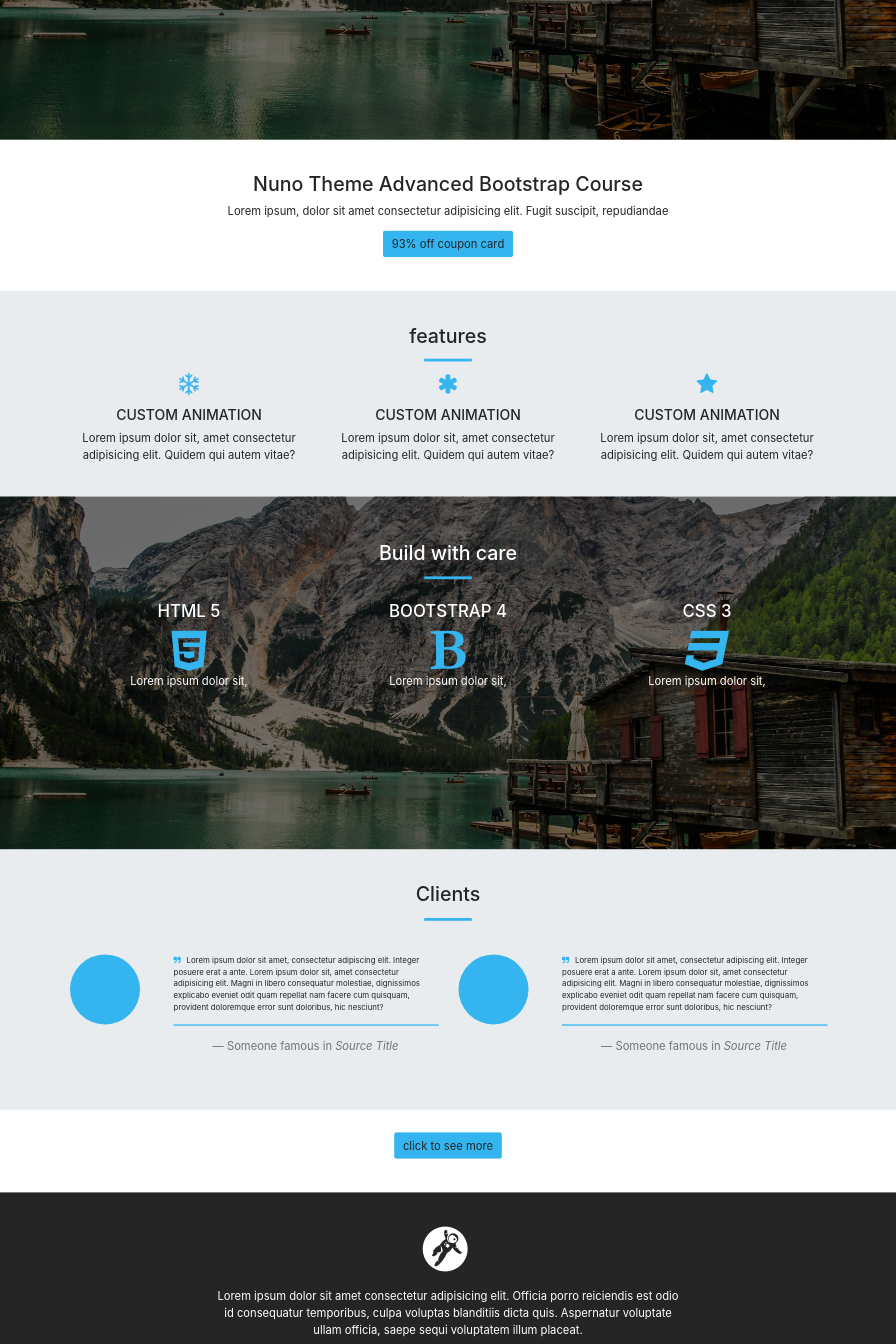
Repository: Mietlicha/bootstrap_template_exercise
Page: index.html
These files come from the project's save history. The page is drawn as it stood at one moment and after the next save; the edit follows.
The browser window is 1280 px wide. The pictures show the part of the page from y = 449 to 2369 px (the page is 2593 px tall), at 70% of full size.
Backgrounds fixed to the window are drawn as part of the page.

Above is the page before, as saved 2019-11-20 17:22:58.

### index.html
<!DOCTYPE html>
<html lang="en">

<head>
    <meta charset="UTF-8">
    <meta name="viewport" content="width=device-width, initial-scale=1.0">
    <meta http-equiv="X-UA-Compatible" content="ie=edge">
    <title>Bootstrap template</title>
    <link rel="stylesheet" href="https://stackpath.bootstrapcdn.com/bootstrap/4.3.1/css/bootstrap.min.css"
        integrity="sha384-ggOyR0iXCbMQv3Xipma34MD+dH/1fQ784/j6cY/iJTQUOhcWr7x9JvoRxT2MZw1T" crossorigin="anonymous">
    <link rel="stylesheet" href="style.css">
    <link rel="stylesheet" href="https://cdnjs.cloudflare.com/ajax/libs/font-awesome/4.7.0/css/font-awesome.min.css">
</head>

<body data-spy="scroll" data-target="#main-nav">
    <!--------------------nav/home-------------------------------------------------------------------->
    <nav id="main-nav" class="navbar navbar-expand-md navbar-dark bg-dark font-weight-bold fixed-top">
        <a class="navbar-brand" href="#"><i class="fa fa-grav mr-2" aria-hidden="true"></i>Nuno</a>
        <button class="navbar-toggler" type="button" data-toggle="collapse" data-target="#navbarSupportedContent"
            aria-controls="navbarSupportedContent" aria-expanded="false" aria-label="Toggle navigation">
            <span class="navbar-toggler-icon"></span>
        </button>

        <div class="collapse navbar-collapse" id="navbarSupportedContent">
            <ul class="navbar-nav ml-auto">
                <li class="nav-item">
                    <a class="nav-link" href="#home">Home</a>
                </li>
                <li class="nav-item">
                    <a class="nav-link" href="#course">Course</a>
                </li>
                <li class="nav-item">
                    <a class="nav-link" href="#feature">Features</a>
                </li>
                <li class="nav-item">
                    <a class="nav-link" href="#resources">Resorses</a>
                </li>
                <li class="nav-item">
                    <a class="nav-link" href="#client">Client</a>
                </li>
                <li class="nav-item">
                    <a class="nav-link" href="#contact">Contact</a>
                </li>
        </div>
    </nav>
<!--------------------main----------------------------------------------------------------->
<main>
    <!--------------------home-------------------->
    <section id="home">
        <div class="home--caption">
            <h1>Welcome to Nuno</h1>
            <h3>Udemy bootstrap course</h3>
        </div>
    </section>

    <!--------------------corse-------------------->
    <section id="course" class="container text-center mt-5 mb-5">
        <header><h3>Nuno Theme Advanced Bootstrap Course</h3></header>
        <p>Lorem ipsum, dolor sit amet consectetur adipisicing elit. Fugit suscipit, repudiandae
        </p>
        <a href="#" class="btn btn-md" target="_blnk">93% off coupon card</a>
    </section>
    <!--------------------feature-------------------->
    <section id="feature">
        <div class="jumbotron jumbotron-fluid text-center pt-5">
            <header><h3>features</h3></header>
            <hr>
            <div class="container d-md-flex">
                <div class="feature-item col-md-4">
                    <i class="fa fa-snowflake-o" aria-hidden="true"></i>
                    <h5 class="pt-3">custom animation</h5>
                    <p>Lorem ipsum dolor sit, amet consectetur adipisicing elit. Quidem qui autem vitae?</p>
                </div>
                <div class="feature-item col-md-4">
                        <i class="fa fa-asterisk" aria-hidden="true"></i>
                        <h5 class="pt-3">custom animation</h5>
                        <p>Lorem ipsum dolor sit, amet consectetur adipisicing elit. Quidem qui autem vitae?</p>
                </div>
                <div class="feature-item col-md-4">
                        <i class="fa fa-star" aria-hidden="true"></i>
                        <h5 class="pt-3">custom animation</h5>
                        <p>Lorem ipsum dolor sit, amet consectetur adipisicing elit. Quidem qui autem vitae?</p>
                </div>
            </div>
        </div>
    </section>
    <!--------------------Resourses-------------------->
    <section id="resources">
        <div class="bcg"></div>
        <div class="resource--caption">
            <header><h3 class="text-center">Build with care</h3></header>
            <hr>
            <div class="container d-md-flex text-center">
                <div class="resources-item col-md-4">
                    <h5 class="pt-3">Html 5</h5>
                    <i class="fa fa-html5" aria-hidden="true"></i>
                    <p>Lorem ipsum dolor sit,</p>
                </div>
                <div class="resources-item col-md-4">
                    <h5 class="pt-3">Bootstrap 4</h5>
                    <i class="fa fa-bold" aria-hidden="true"></i>
                    <p>Lorem ipsum dolor sit,</p>
                </div>
                <div class="resources-item col-md-4">
                    <h5 class="pt-3">CSS 3</h5>
                    <i class="fa fa-css3" aria-hidden="true"></i>
                    <p>Lorem ipsum dolor sit,</p>
                </div>
            </div>
        </div>
    </section>
    <!--------------------Client-------------------->
    <section id="client">
        <section class="jumbotron jumbotron-fluid text-center pt-5">
            <header><h3>Clients</h3></header>
            <hr class="client__main-hr mb-5">
            <div class="container d-md-flex">
                <div class="client-item col-md-6 d-flex">
                    <div class="foto mr-5"></div>
                    <blockquote class="blockquote">
                        <p class="mb-0 text-left">Lorem ipsum dolor sit amet, consectetur adipiscing elit. Integer posuere erat a ante. Lorem ipsum dolor sit, amet consectetur adipisicing elit. Magni in libero consequatur molestiae, dignissimos explicabo eveniet odit quam repellat nam facere cum quisquam, provident doloremque error sunt doloribus, hic nesciunt?</p>
                        <hr class="client__blockquote-hr text-left">
                        <footer class="blockquote-footer">Someone famous in <cite title="Source Title">Source Title</cite></footer>
                    </blockquote>
                </div>
                <div class="client-item col-md-6 d-flex mt-4 mt-md-0">
                    <div class="foto mr-5"></div>
                    <blockquote class="blockquote">
                        <p class="mb-0 text-left">Lorem ipsum dolor sit amet, consectetur adipiscing elit. Integer posuere erat a ante. Lorem ipsum dolor sit, amet consectetur adipisicing elit. Magni in libero consequatur molestiae, dignissimos explicabo eveniet odit quam repellat nam facere cum quisquam, provident doloremque error sunt doloribus, hic nesciunt?</p>
                        <hr class="client__blockquote-hr text-left">
                        <footer class="blockquote-footer">Someone famous in <cite title="Source Title">Source Title</cite></footer>
                    </blockquote>
                </div>
            </div>
        </section>
        <aside class="text-center">
            <a class="btn btn-md" data-toggle="collapse" href="#collapseExample" role="button" aria-expanded="false" aria-controls="collapseExample">click to see more</a>
            <p class="collapse" id="collapseExample">Lorem ipsum dolor sit amet, consectetur adipisicing elit. Perspiciatis, molestiae.</p>
        </aside>
    </section>
    <!--------------------footer-------------------->
    <footer id="contact" class="text-center mt-5 pt-5 pb-5">
        <i class="fa fa-grav mr-2" aria-hidden="true"></i>
        </p><p class="col-md-6">Lorem ipsum dolor sit amet consectetur adipisicing elit. Officia porro reiciendis est odio id consequatur temporibus, culpa voluptas blanditiis dicta quis. Aspernatur voluptate ullam officia, saepe sequi voluptatem illum placeat.</p>
        <address>
            <p>
            Anna Kubiak<br>
            Stysia 41<br>
            Wrocław 303<br>
            </p>
        </address>
        <div class="socials d-flex justify-content-center">
            <i class="fa fa-facebook-square" aria-hidden="true"></i>
            <i class="fa fa-twitter-square" aria-hidden="true"></i>
            <i class="fa fa-youtube-square" aria-hidden="true"></i>
        </div>
        <hr>
        <small>copyright &copy; Anna Kubiak 2019</small>
    </footer>
</main>

    <script src="https://code.jquery.com/jquery-3.3.1.slim.min.js"
        integrity="sha384-q8i/X+965DzO0rT7abK41JStQIAqVgRVzpbzo5smXKp4YfRvH+8abtTE1Pi6jizo"
        crossorigin="anonymous"></script>
    <script src="https://cdnjs.cloudflare.com/ajax/libs/popper.js/1.14.7/umd/popper.min.js"
        integrity="sha384-UO2eT0CpHqdSJQ6hJty5KVphtPhzWj9WO1clHTMGa3JDZwrnQq4sF86dIHNDz0W1"
        crossorigin="anonymous"></script>
    <script src="https://stackpath.bootstrapcdn.com/bootstrap/4.3.1/js/bootstrap.min.js"
        integrity="sha384-JjSmVgyd0p3pXB1rRibZUAYoIIy6OrQ6VrjIEaFf/nJGzIxFDsf4x0xIM+B07jRM"
        crossorigin="anonymous"></script>
</body>

</html>

### style.css
:root{
--main-colour: rgb(53, 181, 240);
--bcg-main-colour:  rgb(37, 37, 37);
font-size: 14px;
}

body{
    position: relative;
    color: var(--bcg-main-colour);
}

section:not(#home)::before{
    content: "";
    display: block;
    height: 4rem;
    margin-top: -4rem;
}

/************************NAV******************************************/
.bg-dark {
    background-color: #0a0a0a60!important;
}

.navbar-dark .navbar-nav .nav-link:hover{
    color: rgb(255, 255, 255);
}

.nav-link{
    padding: 0 7rem;
}

#main-nav {
text-transform: uppercase;
}

#main-nav .navbar-brand{
    font-size: 1.5rem;
}

#main-nav .navbar-brand i{
    color: var(--main-colour);
}

.navbar-dark .navbar-nav .nav-link.active{
    color: var(--main-colour);
    font-weight: bold;
}

.navbar-dark .navbar-nav .nav-link{
    padding-top: .9rem;
}

/************************Home******************************************/
#home{
    background: linear-gradient(rgba(0, 0, 0, 0.534), rgba(0, 0, 0, 0.534)), url(img/tlo.jpg) center/cover no-repeat;
    background-attachment: fixed;
    width: 100vw;
    height: 90vh;
    display: flex;
    align-items: center;
    text-align: center;
}

.home--caption{
    width: 100%;
    color: #fff;
    text-transform: uppercase;
}

.home--caption h1{
    font-size: 4rem;
}

.home--caption h1::first-letter, .home--caption h3::first-letter{
    color: var(--main-colour);
}

/************************Course******************************************/
#course .btn{
    background-color: var(--main-colour);
}

/************************Feature******************************************/
#feature hr{
    width: 5%;
    border: 2px solid var(--main-colour);
}

#feature i{
    color: var(--main-colour);
    font-size: 2rem;
}

#feature .feature-item h5{
    text-transform: uppercase;
}

/************************Resources******************************************/
#resources{
min-height: 70vh;
background: linear-gradient(rgba(0, 0, 0, 0.534), rgba(0, 0, 0, 0.534)), url(img/tlo.jpg) no-repeat center / cover;
background-attachment: fixed;
}

#resources .resource--caption{
    color: #fff;
}

#resources h5{
    font-size: 1.5rem;
    text-transform: uppercase;
}

#resources i{
    color: var(--main-colour);
    font-size: 4rem;
}

#resources hr{
    width: 5%;
    border: 2px solid var(--main-colour);
}

/************************Clients******************************************/
.client__main-hr{
    width: 5%;
    border: 2px solid var(--main-colour);
}

#client .foto{
    min-width: 100px;
    min-height: 100px;
    max-width: 100px;
    max-height: 100px;
    border-radius: 50%;
    background-color: var(--main-colour);
}

#client blockquote p::before{
    content: "\f10e ";
    font-family: FontAwesome;
    color: var(--main-colour);
    padding-right: 0.5rem;
}

.client__blockquote-hr{
    border: 0.5px solid var(--main-colour);
    width: 100%;
}


#client blockquote p{
    font-size: 0.7rem;
}

#client .btn {
    background-color: var(--main-colour);
}

/************************Contact******************************************/

#contact{
    background-color: var(--bcg-main-colour);
    color: #fff;
}

#contact > i{
    font-size: 4rem;
    padding-bottom: 0.5rem;
}

#contact .socials i{
    padding: 0 0.5rem;
    font-size: 1.5rem;
}

#contact hr{
    border: 0;
    height: 1px;
    background-image: linear-gradient(to right, rgba(0, 0, 0, 0), rgba(253, 253, 253, 0.75), rgba(0, 0, 0, 0));
}

#contact >p{
    max-width: 700px;
    margin: 1rem auto;
}

@media (min-width: 500px){
    :root{
        font-size: 16px;
    }
    }

    @media (min-width: 768px){
    .navbar-expand-md .navbar-nav .nav-link {
        padding-right: .9rem;
        padding-left: .9rem;
        padding-top: 0;
    }
    }

After the next save:
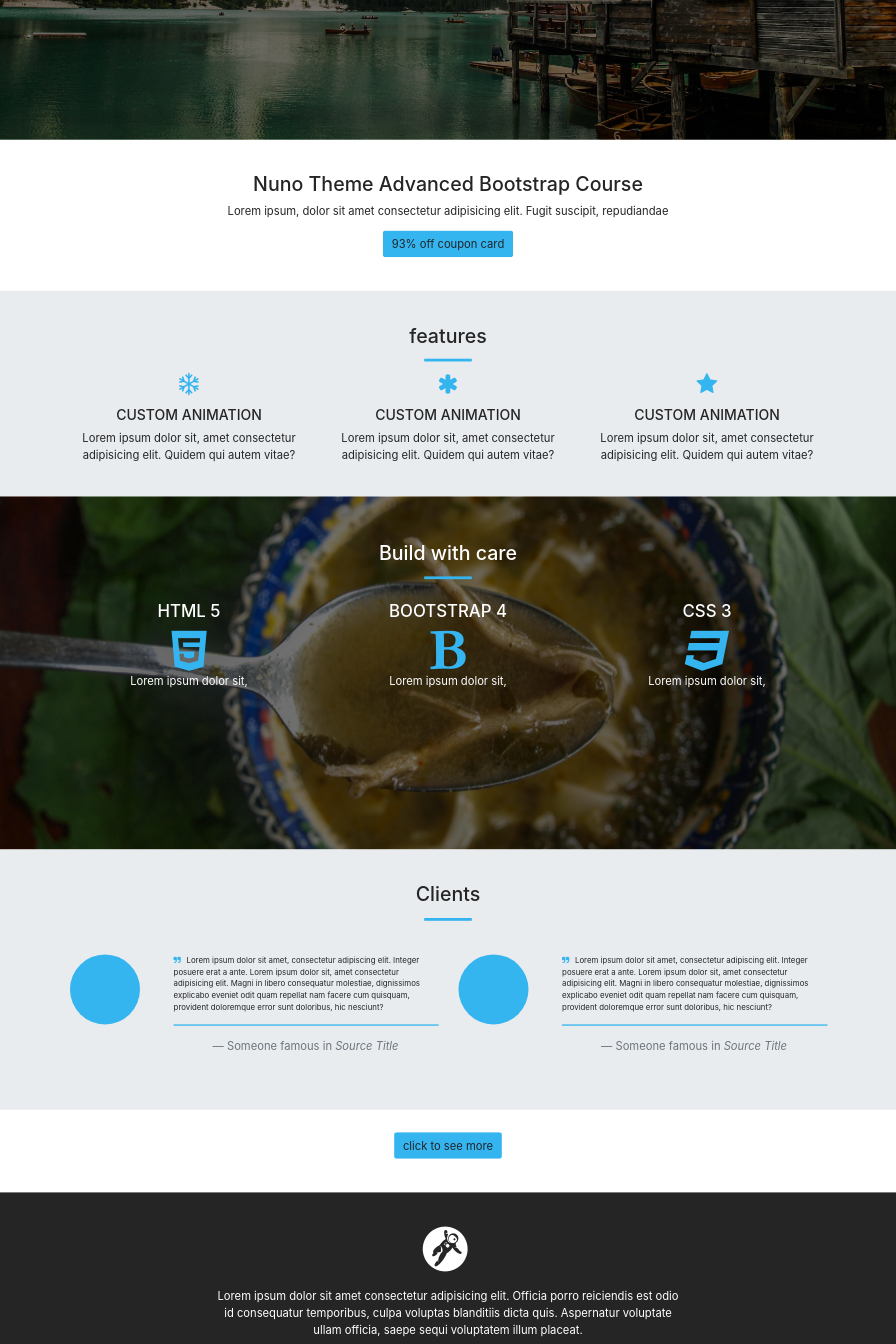
Saved 33 min 6 s later.
--- a/style.css
+++ b/style.css
@@ -98,7 +98,7 @@
 /************************Resources******************************************/
 #resources{
 min-height: 70vh;
-background: linear-gradient(rgba(0, 0, 0, 0.534), rgba(0, 0, 0, 0.534)), url(img/tlo.jpg) no-repeat center / cover;
+background: linear-gradient(rgba(0, 0, 0, 0.534), rgba(0, 0, 0, 0.534)), url(img/feature.jpg) no-repeat center / cover;
 background-attachment: fixed;
 }
 
